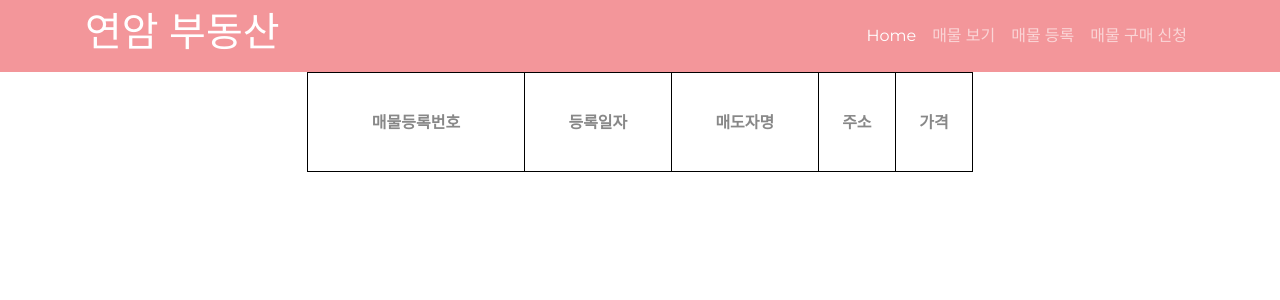
Repository: Leekm0912/2-1_JSP-DB_Project
Page: http://localhost/WebTest/DB/ViewTable.jsp
An editor plug-in stored every save of this project. The page is shown before and after the next save, followed by the edit.
The browser window is 1280 px wide. The pictures show the whole page.
The page is served by Tomcat 9. Other server files are loaded and not shown. Queries for data that is not in the repository find no rows.

Above is the page before, as saved 2020-06-10 03:56:18.

### WebTest/WebContent/DB/ViewTable.jsp
<%@ page contentType="text/html; charset=utf-8"%>
<%@ page import="java.sql.*"%>
<%@ page import="java.io.*"%>
<%@ page import="java.sql.CallableStatement"%>
<%@ page import="java.util.*"%>
<%@ page import="java.text.DecimalFormat"%>
<%@ taglib prefix="c" uri="http://java.sun.com/jsp/jstl/core"%>
<!DOCTYPE html>
<html lang="ko">

<head>

<meta charset="utf-8">
<meta name="viewport" content="width=device-width, initial-scale=1, shrink-to-fit=no">
<meta name="description" content="">
<meta name="author" content="">

<title>Bare - Start Bootstrap Template</title>

<!-- Bootstrap core CSS -->
<link href="vendor/bootstrap/css/bootstrap.min.css" rel="stylesheet">
<style type="text/css">
table, td {
	border: 1px solid black
}

table {
	width: 60%;
	height: 100px;
	margin: auto;
	text-align: center;
}
</style>
</head>

<body>

	<!-- Navigation -->
	<nav class="navbar navbar-expand-lg navbar-dark bg-dark static-top">
		<div class="container">
			<h1 style="color: white;">연암 부동산</h1>
			<button class="navbar-toggler" type="button" data-toggle="collapse" data-target="#navbarResponsive" aria-controls="navbarResponsive" aria-expanded="false" aria-label="Toggle navigation">
				<span class="navbar-toggler-icon"></span>
			</button>
			<div class="collapse navbar-collapse" id="navbarResponsive">
				<ul class="navbar-nav ml-auto">
					<li class="nav-item active"><a class="nav-link" href="main.jsp">Home <span class="sr-only">(current)</span>
					</a></li>
					<li class="nav-item"><a class="nav-link" href="ViewTable.jsp">매물 보기</a></li>
					<li class="nav-item"><a class="nav-link" href="InsertTable.jsp">매물 등록</a></li>
					<li class="nav-item"><a class="nav-link" href="Order.jsp">매물 구매 신청</a></li>
				</ul>
			</div>
		</div>
	</nav>

	<!-- Page Content -->
	<div class="container">
		<%
		Connection con = null;
		String url = "jdbc:oracle:thin:@localhost:1521:orcl";
		/* 11g express edition은 orcl 대신 XE를 입력한다. */
		String userid = "MYDB";
		String pwd = "dongsu14";

		try { /* 드라이버를 찾는 과정 */
			Class.forName("oracle.jdbc.driver.OracleDriver");
			System.out.println("드라이버 로드 성공");
		} catch (ClassNotFoundException e) {
			e.printStackTrace();
		}

		try { /* 데이터베이스를 연결하는 과정 */
			System.out.println("데이터베이스 연결 준비 ...");
			con = DriverManager.getConnection(url, userid, pwd);
			System.out.println("데이터베이스 연결 성공");
		} catch (SQLException e) {
			e.printStackTrace();
		}

		String query = "select * from 상세매물 order by 매물등록번호"; /* SQL 문 */
		try { /* 데이터베이스에 질의 결과를 가져오는 과정 */
			Statement stmt = con.createStatement();
			ResultSet rs = stmt.executeQuery(query);
			List<Integer> row1 = new ArrayList<Integer>();
			List<String> row2 = new ArrayList<String>();
			List<String> row3 = new ArrayList<String>();
			List<String> row4 = new ArrayList<String>();
			List<Long> row5 = new ArrayList<Long>();
			while (rs.next()) {
				row1.add(rs.getInt(1));
				row2.add(rs.getString(2));
				row3.add(rs.getString(3));
				row4.add(rs.getString(4));
				row5.add(rs.getLong(5));
			}
		%>
		<table border='1'>
			<tr>
				<th>매물등록번호</th>
				<th>등록일자</th>
				<th>매도자명</th>
				<th>주소</th>
				<th>가격</th>
			</tr>
			<%
				DecimalFormat formatter = new DecimalFormat("###,###");
			for (int i = 0; i < row1.size(); i++) {
				out.print("<tr>");
				out.print("<td style='text-align:center;'>" + row1.get(i) + "</td>");
				out.print("<td>" + row2.get(i).substring(0, 11) + "</td>");
				out.print("<td style='text-align:center;'>" + row3.get(i) + "</td>");
				out.print("<td>" + row4.get(i) + "</td>");
				out.print("<td>" + formatter.format(row5.get(i)) + "원" + "</td>");

				out.print("</tr>");
			}
			%>
		</table>




		<%
			con.close();
		} catch (SQLException e) {
			e.printStackTrace();
		}
		%>
	</div>
	<!-- Bootstrap core JavaScript -->
	<script src="vendor/jquery/jquery.slim.min.js"></script>
	<script src="vendor/bootstrap/js/bootstrap.bundle.min.js"></script>

</body>

</html>

After the next save:
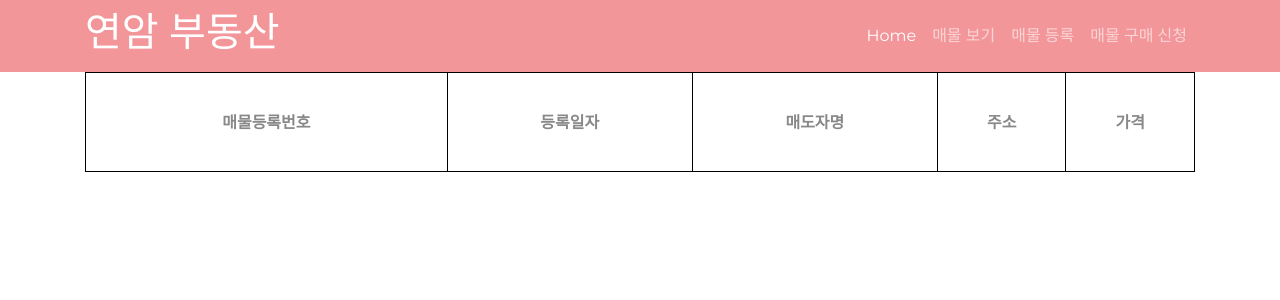
Saved 2 min 24 s later.
--- a/WebTest/WebContent/DB/ViewTable.jsp
+++ b/WebTest/WebContent/DB/ViewTable.jsp
@@ -25,7 +25,7 @@ table, td {
 }
 
 table {
-	width: 60%;
+	width: 100%;
 	height: 100px;
 	margin: auto;
 	text-align: center;
